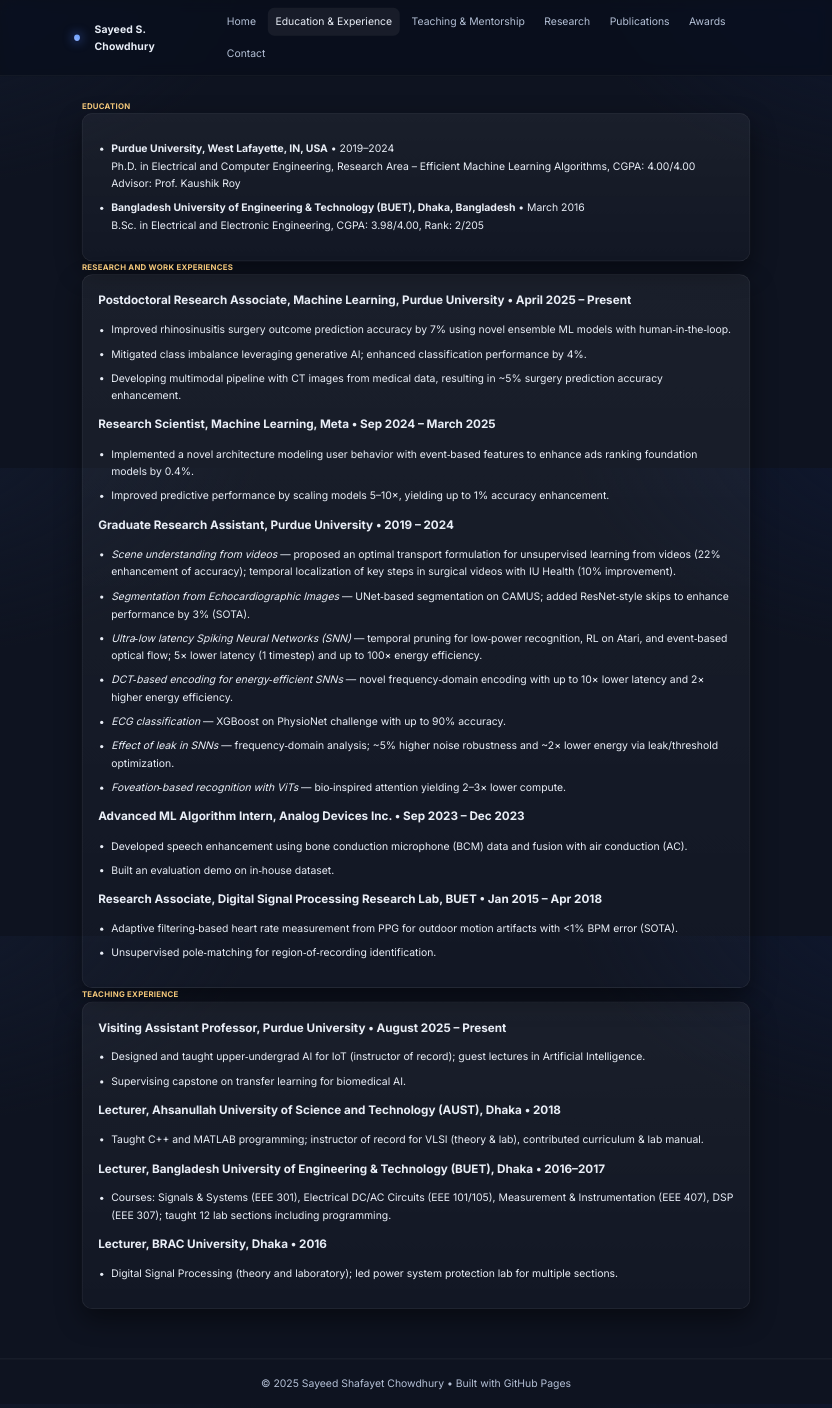
Repository: SayeedChowdhury/SayeedChowdhury.github.io
Page: edu-exp.html
These files come from the project's save history. The page is drawn as it stood at one moment and after the next save; the edit follows.
The browser window is 1280 px wide. The pictures show the whole page, at 65% of full size.

Above is the page before, as saved 2025-08-10 18:58:58.

After the next save:
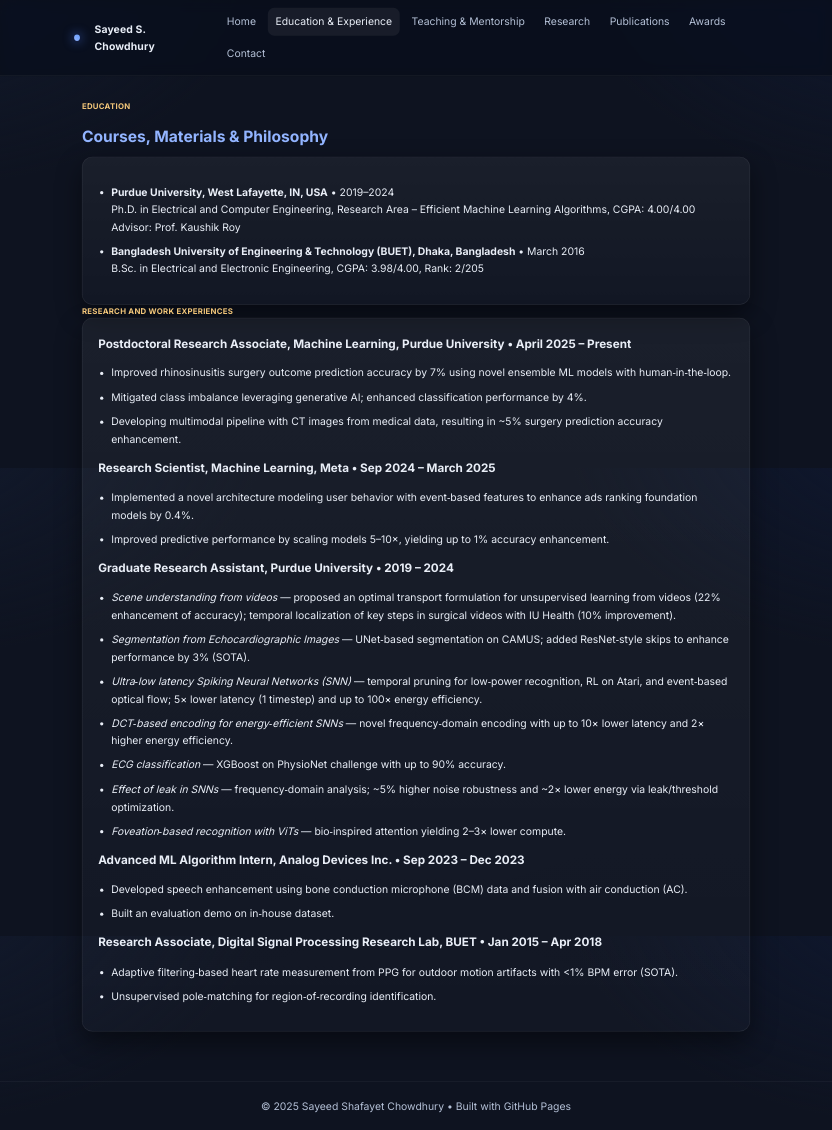
Saved 11 min 33 s later.
--- a/edu-exp.html
+++ b/edu-exp.html
@@ -28,6 +28,7 @@
 
 <section class="section">
   <div class="kicker">Education</div>
+  <h2>Courses, Materials & Philosophy</h2>
   <div class="card">
     <ul class="list">
       <li><strong>Purdue University, West Lafayette, IN, USA</strong> • 2019–2024<br>
@@ -79,7 +80,7 @@
     </ul>
   </div>
 
-  <div class="kicker">Teaching Experience</div>
+  <!-- <div class="kicker">Teaching Experience</div>
   <div class="card">
     <h3>Visiting Assistant Professor, Purdue University • August 2025 – Present</h3>
     <ul class="list">
@@ -101,7 +102,7 @@
     <ul class="list">
       <li>Digital Signal Processing (theory and laboratory); led power system protection lab for multiple sections.</li>
     </ul>
-  </div>
+  </div> -->
 </section>
 
 </div>
